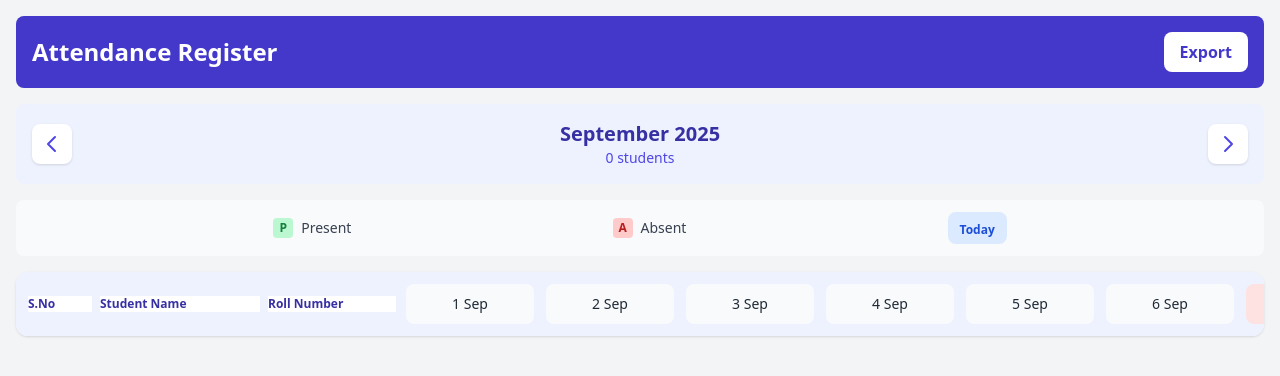
Repository: ronny746/backend
Page: public/index.html
These files come from the project's save history. The page is drawn as it stood at one moment and after the next save; the edit follows.
The browser window is 1280 px wide. The pictures show the whole page.
The page's requests for data from a server got no answer. Some web libraries are served in a nearby version.

Above is the page before, as saved 2025-10-29 20:23:48.

After the next save:
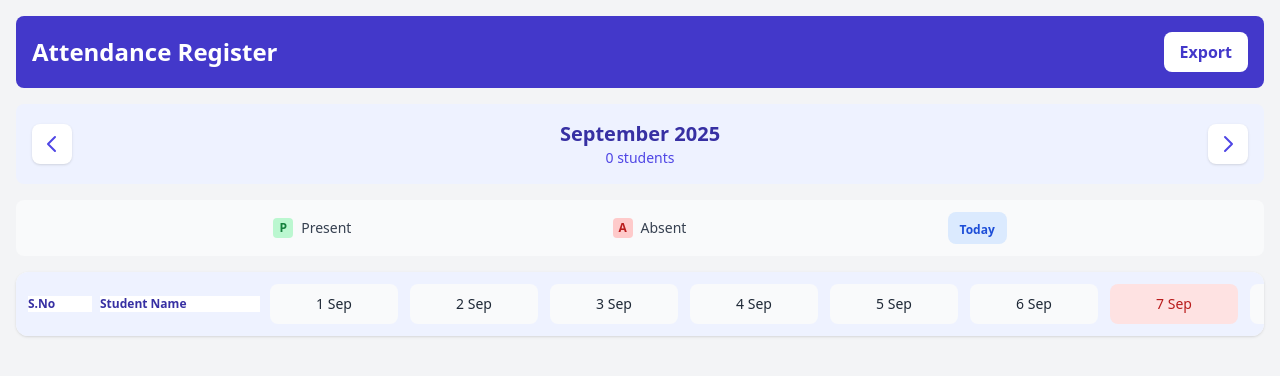
Saved 35 s later.
--- a/public/index.html
+++ b/public/index.html
@@ -381,7 +381,7 @@
                                     <div className="sticky-header p-3 flex items-center gap-2">
                                         <div className="sticky-col w-16 font-bold text-xs text-indigo-800">S.No</div>
                                         <div className="sticky-col w-40 font-bold text-xs text-indigo-800">Student Name</div>
-                                        <div className="sticky-col w-32 font-bold text-xs text-indigo-800">Roll Number</div>
+
                                         {Array.from({ length: daysInMonth }, (_, i) => i + 1).map(day => (
                                             <div key={day} className="px-0.5">
                                                 {renderDateCell(day)}
